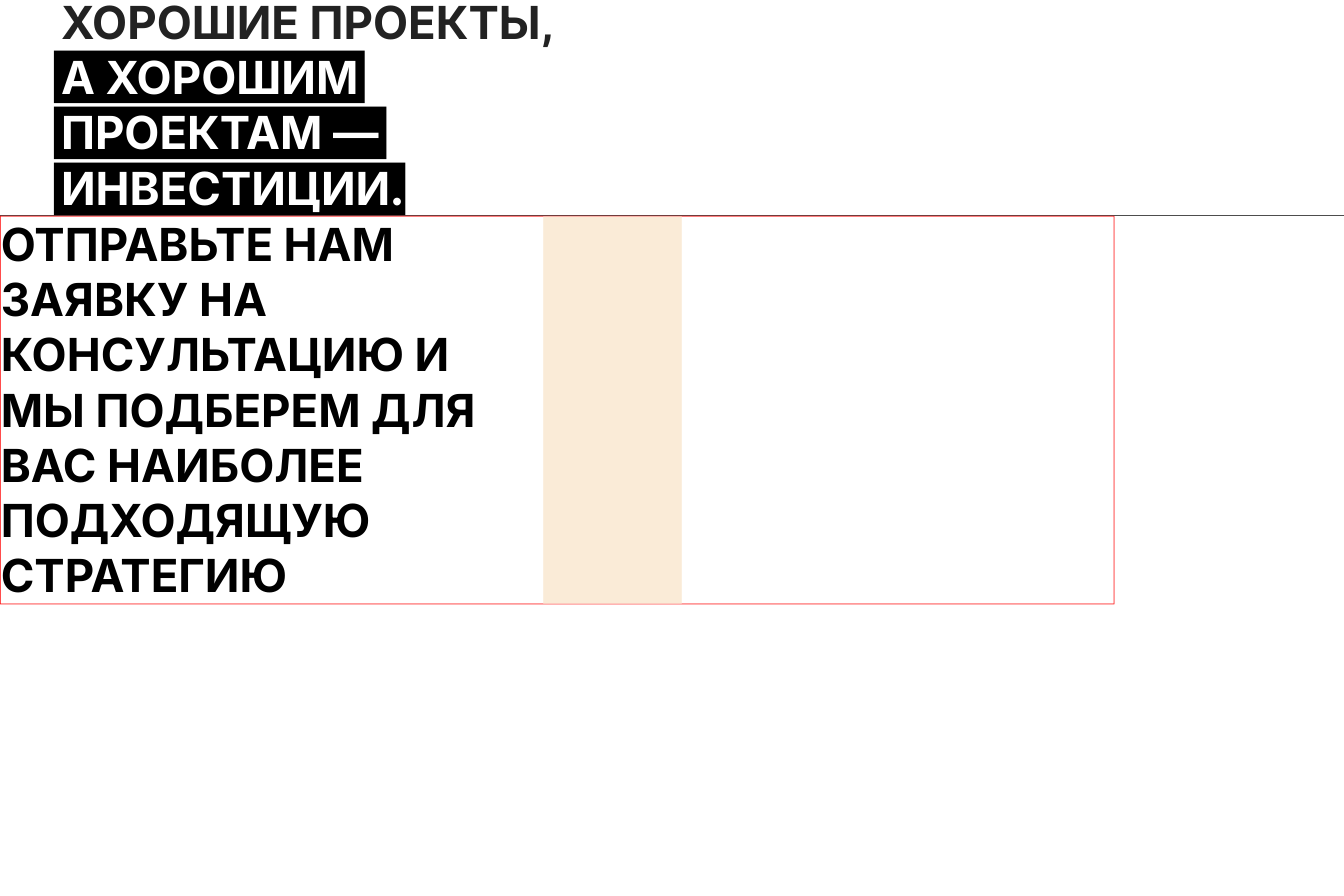
Repository: NadyaKorvin/frontiers
Page: /
The author's editor kept a copy of each file at every save. The page is drawn from the files as they stood at one save, then again after the next save.
The browser window is 1280 px wide. The page is 1920 px wide, so the pictures cover 1920 px, including what lies to the right of the window. The pictures show the part of the page from y = 1245 to 2525 px (the page is 2634 px tall), at 70% of full size.
The project was rebuilt for these pictures with package versions that can differ from the ones it lists, and the page was loaded fresh each time.

Above is the page before, as saved 2022-05-23 13:48:44.

After the next save:
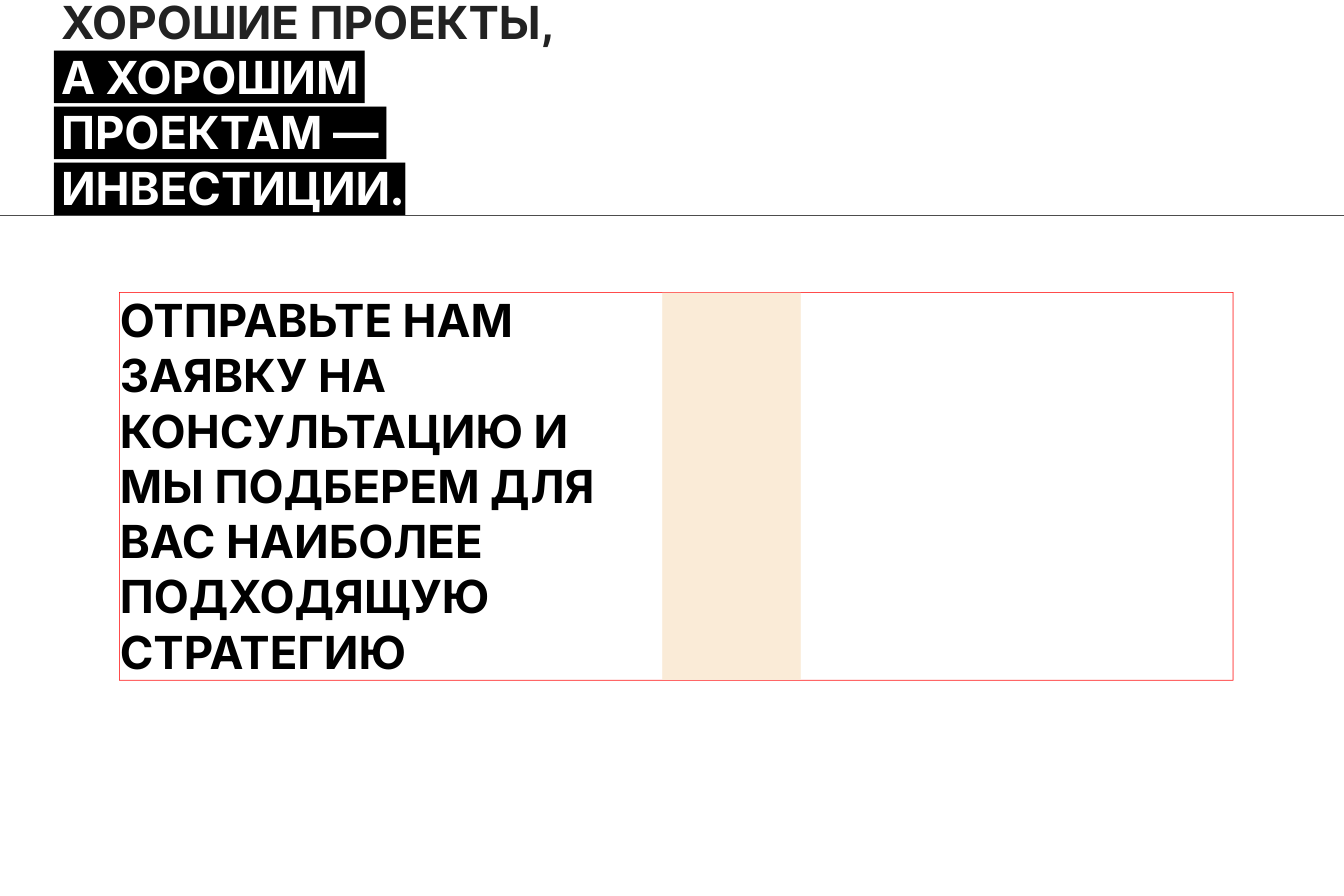
Saved 7 s later.
--- a/src/components/lastScreen/LastScreen.module.css
+++ b/src/components/lastScreen/LastScreen.module.css
@@ -5,12 +5,13 @@
 }
 
 .wrapper {
-    position: relative;
-
-    display: flex;
-    width: 1590px;
-    height: 553px;
-    border: 1px solid red;
+  position: relative;
+  top: 109px;
+  left: 170px;
+  display: flex;
+  width: 1590px;
+  height: 553px;
+  border: 1px solid red;
 }
 
 .left__content {
@@ -30,8 +31,8 @@
 }
 
 .right__content {
-    position: relative;
-    width: 198px;
-    height: 553px;
-    background-color: antiquewhite;
+  position: relative;
+  width: 198px;
+  height: 553px;
+  background-color: antiquewhite;
 }
